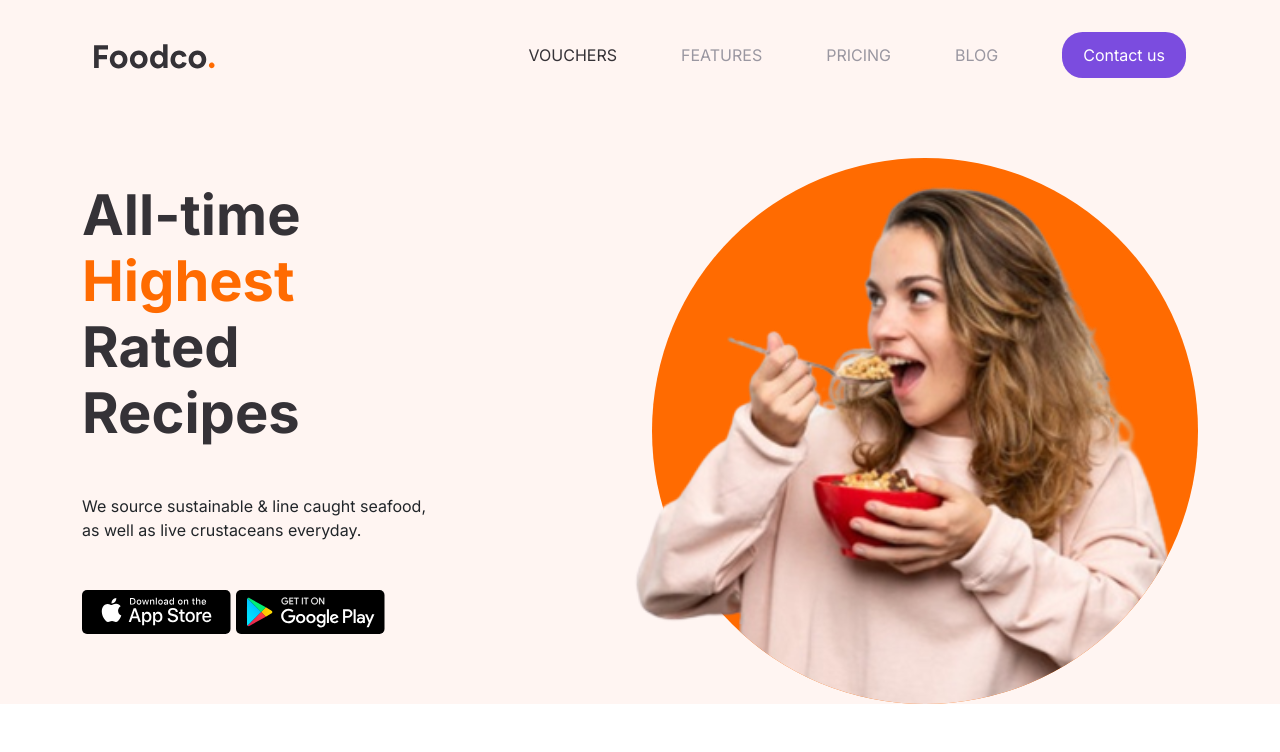
Repository: badhon252/Foodco
Page: index.html
These files come from the project's save history. The page is drawn as it stood at one moment and after the next save; the edit follows.
The browser window is 1280 px wide. The pictures show the whole page.
The style sheet was rebuilt from its Sass, Less or Tailwind sources for each picture, by a compiler version that may differ from the author's.

Above is the page before, as saved 2022-09-15 16:31:50.

### index.html
<!DOCTYPE html>
<html lang="en">

<head>
    <meta charset="UTF-8">
    <meta http-equiv="X-UA-Compatible" content="IE=edge">
    <meta name="viewport" content="width=device-width, initial-scale=1.0">
    <!-- bootstrap cdn link  -->
    <!-- I'm using bootstrap 5 for this project, Let's code!  -->
    <!-- CSS only -->
    <link href="https://cdn.jsdelivr.net/npm/bootstrap@5.2.1/dist/css/bootstrap.min.css" rel="stylesheet"
        integrity="sha384-iYQeCzEYFbKjA/T2uDLTpkwGzCiq6soy8tYaI1GyVh/UjpbCx/TYkiZhlZB6+fzT" crossorigin="anonymous">

    <link rel="stylesheet" href="scss/style.css">
    <title>FoodCo</title>
</head>

<body>

    <main id="header">
        <header class="container">

            <nav class="navbar navbar-expand-lg py-3">
                <div class="container-fluid">
                    <a class="navbar-brand" href="#"><img src="./image/logo.svg" alt=""></a>
                    <button class="navbar-toggler" type="button" data-bs-toggle="collapse" data-bs-target="#navbarNav"
                        aria-controls="navbarNav" aria-expanded="false" aria-label="Toggle navigation">
                        <span class="navbar-toggler-icon"></span>
                    </button>
                    <div class="collapse navbar-collapse" id="navbarNav">
                        <ul class="navbar-nav ms-auto py-3">
                            <li class="nav-item">
                                <a class="nav-link active" aria-current="page" href="#">Vouchers</a>
                            </li>
                            <li class="nav-item">
                                <a class="nav-link" href="#">Features</a>
                            </li>
                            <li class="nav-item">
                                <a class="nav-link" href="#">Pricing</a>
                            </li>
                            <li class="nav-item">
                                <a class="nav-link" href="">Blog</a>
                            </li>
                            <button class="btn">Contact us</button>
                        </ul>
                    </div>
                </div>
            </nav>

            <div class="header-content my-5">
                <div class="row">
                    <div class="col-md-4">
                        <h1 class="my-4">All-time <span>Highest</span> Rated Recipes</h1>
                        <p class="my-5">We source sustainable & line caught seafood, as well as live crustaceans
                            everyday.</p>
                        <div class="app-link">
                            <img src="./image/app_store.svg" alt="">
                            <img src="./image/Playstore.svg" alt="">
                        </div>
                    </div>
                    <div class="col-md-8 ">
                        <div class="card">
                            <img src="./image/Group 18525.svg" alt="" class="ms-auto">
                        </div>
                    </div>
                </div>
            </div>
        </header>
    </main>

</body>

</html>

### scss/style.scss
@import url("https://fonts.googleapis.com/css2?family=Inter:wght@400;600;700;800;900&display=swap");
@font-face {
  font-family: circular;
  src: url(../fonts/Circular_Std_Font.otf);
}
@font-face {
  font-family: AirbnbCereal_W_Bd;
  src: url(../fonts/AirbnbCereal_W_Bd.otf);
}
@font-face {
  font-family: AirbnbCereal_W_Bk;
  src: url(../fonts//AirbnbCereal_W_Bk.otf);
}
@font-face {
  font-family: AirbnbCereal_W_Blk;
  src: url(../fonts/AirbnbCereal_W_Blk.otf);
}
@font-face {
  font-family: AirbnbCereal_W_Lt;
  src: url(../fonts/AirbnbCereal_W_Lt.otf);
}
@font-face {
  font-family: AirbnbCereal_W_Md;
  src: url(../fonts/AirbnbCereal_W_Md.otf);
}
@font-face {
  font-family: AirbnbCereal_W_XBd;
  src: url(../fonts/AirbnbCereal_W_XBd.otf);
}
* {
  margin: 0;
  padding: 0;
  box-sizing: border-box;
  font-family: "Inter", sans-serif;
  //   font-family: circular;
}
// .container {
//   margin: 2rem 14rem;
// }
// .btn,
// .link {
//   cursor: pointer;
// }
.link {
  text-decoration: none;
  color: #353237;
}
.btn {
  outline: none;
  border: none;
  padding: 12px 25px;
  font-size: 1rem;
  font-weight: 400;
}
.active {
  color: #353237 !important;
}
li {
  list-style-type: none;
}
.py-1 {
  padding: 1rem 0;
}
.py-2 {
  padding: 2rem 0;
}
.py-3 {
  padding: 3rem 0;
}
.py-4 {
  padding: 4rem 0;
}
.my-1 {
  margin: 1rem 0;
}
.my-1 {
  margin: 1rem 0;
}
.my-2 {
  margin: 2rem 0;
}
.my-3 {
  margin: 3rem 0;
}
.my-4 {
  margin: 4rem 0;
}
.my-5 {
  margin: 5rem 0;
}

// =======================
//===========================
#header {
  background-color: #fff5f2;

  .navbar {
    .navbar-nav {
      align-items: center;
      .nav-item {
        margin: 0 1.5rem;
        .nav-link {
          font-weight: 500;
          font-size: 1rem;
          line-height: 20px;
          text-transform: uppercase;
          color: #9a97a1;
          //   color: #353237;
          &:hover {
            color: #353237;
          }
        }
      }
      .btn {
        background-color: #7b4cdf;
        border-radius: 20.5px;
        color: #fff;
        margin-left: 2rem;
        padding: 11px 21px;
      }
    }
  }

  .header-content {
    h1 {
      font-weight: 700;
      font-size: 56px;
      line-height: 66px;
      /* or 118% */
      color: #353237;
      span {
        color: #ff6b01;
      }
    }
    .card {
      background: none;
      border: none;
    }
  }
}

After the next save:
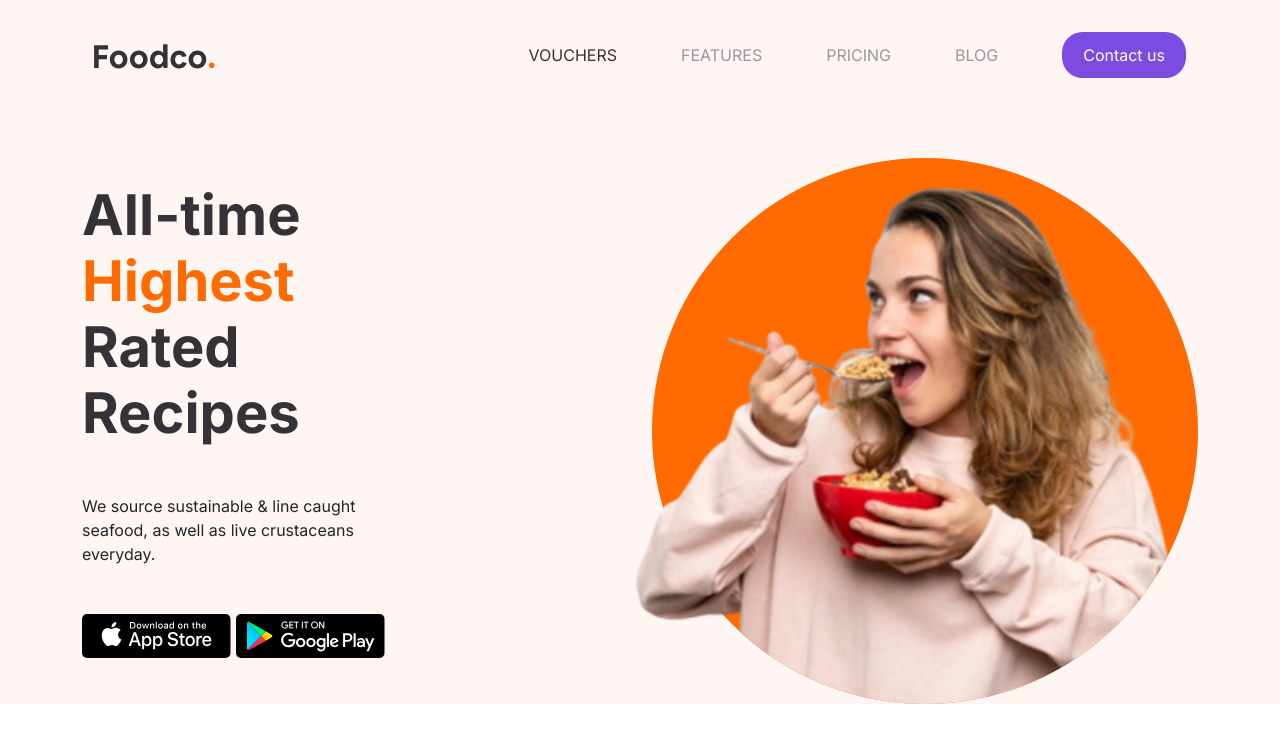
Saved 45 s later.
--- a/index.html
+++ b/index.html
@@ -51,7 +51,8 @@
                 <div class="row">
                     <div class="col-md-4">
                         <h1 class="my-4">All-time <span>Highest</span> Rated Recipes</h1>
-                        <p class="my-5">We source sustainable & line caught seafood, as well as live crustaceans
+                        <p class="my-5">We source sustainable & line caught <br> seafood, as well as live crustaceans
+                            <br>
                             everyday.</p>
                         <div class="app-link">
                             <img src="./image/app_store.svg" alt="">
